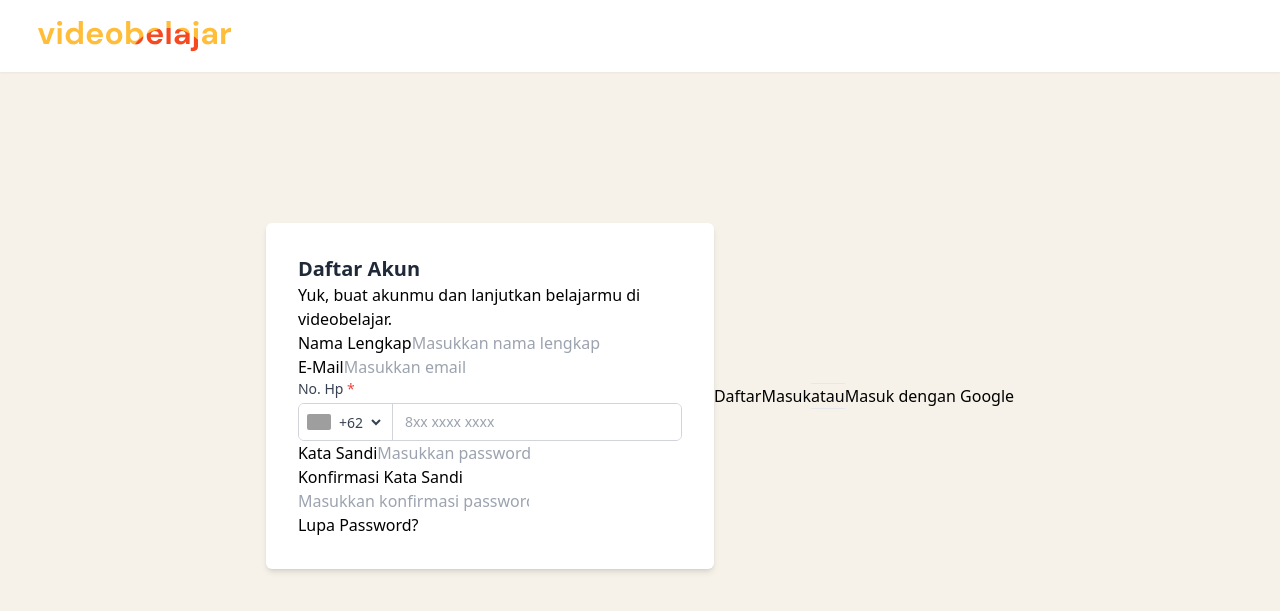
Repository: dimascahyanugraha/Course-Mission-4
Page: /signup
These files come from the project's save history. The page is drawn as it stood at one moment and after a run of saves; the edit follows.
The browser window is 1280 px wide. The pictures show the whole page.
Pictures or frames that could not be fetched are drawn as grey boxes. The project was rebuilt for these pictures with package versions that can differ from the ones it lists, and the page was loaded fresh each time. Also part of the build but not shown: vite.config.js, src/components/LoginPage.jsx.

Above is the page before, as saved 2026-05-29 10:49:52.

### index.html
<!doctype html>
<html lang="en">
  <head>
    <meta charset="UTF-8" />
    <link rel="icon" type="image/svg+xml" href="/favicon.svg" />
    <meta name="viewport" content="width=device-width, initial-scale=1.0" />
    <title>video-belajar</title>
  </head>
  <body>
    <div id="root"></div>
    <script type="module" src="/src/main.jsx"></script>
  </body>
</html>

### src/index.css
@tailwind base;
@tailwind components;
@tailwind utilities;

/* optional reset */
body {
  font-family: system-ui, sans-serif;
}

### src/App.jsx
import { BrowserRouter, Routes, Route, Navigate } from "react-router-dom"; // ← tambah Navigate
import LoginPage from "./components/LoginPage";
import Signup from "./components/Signup";

export default function App() {
  return (
    <BrowserRouter>
      <Routes>
        <Route path="/" element={<Navigate to="/login" />} />{" "}
        {/* ← tambah ini */}
        <Route path="/login" element={<LoginPage />} />
        <Route path="/signup" element={<Signup />} />
      </Routes>
    </BrowserRouter>
  );
}

### src/components/Signup.jsx
import logoVideoBelajar from "../assets/logo_video_belajar.png";
import indonesia from "../assets/indonesia.png";

export default function Signup() {
  return (
    <div className="min-h-screen bg-[#f6f2e9] flex flex-col">
      <header className="bg-white py-2 px-4 shadow-sm">
        <img src={logoVideoBelajar} alt="logo" />
      </header>

      <main className="flex flex-auto justify-center items-center px-4">
        <div className="bg-white w-full max-w-md rounded-md shadow-md p-8">
          <h2 className="text-xl font-bold text-gray-800">Daftar Akun</h2>
          <p>Yuk, buat akunmu dan lanjutkan belajarmu di videobelajar.</p>
          <form>
            <div>
              <label>Nama Lengkap</label>
              <input type="text" placeholder="Masukkan nama lengkap" />
            </div>
            <div>
              <label>E-Mail</label>
              <input type="email" placeholder="Masukkan email" />
            </div>
            {/* NO. HP */}
            <div>
              <label className="block text-sm font-medium text-gray-700">
                No. Hp <span className="text-red-500">*</span>
              </label>
              <div className="mt-1 flex rounded-md border border-gray-300 overflow-hidden focus-within:ring-2 focus-within:ring-green-500">
                <div className="flex items-center gap-1 px-2 bg-white border-r border-gray-300">
                  <img
                    src={indonesia}
                    alt="flag ID"
                    className="w-6 h-4 rounded-sm object-cover"
                  />
                  <select className="text-sm text-gray-700 focus:outline-none bg-transparent cursor-pointer pr-1">
                    <option value="+62">+62</option>
                    <option value="+18">+18</option>
                  </select>
                </div>
                <input
                  type="tel"
                  placeholder="8xx xxxx xxxx"
                  className="flex-1 px-3 py-2 text-sm text-gray-700 focus:outline-none"
                />
              </div>
            </div>{" "}
            {/* ← div No.Hp ditutup di sini */}
            <div>
              <label>Kata Sandi</label>
              <input type="password" placeholder="Masukkan password" />
            </div>
            <div>
              <label>Konfirmasi Kata Sandi</label>
              <input
                type="password"
                placeholder="Masukkan konfirmasi password"
              />
            </div>
            <div>
              <a href="#">Lupa Password?</a>
            </div>
          </form>{" "}
          {/* ← form ditutup setelah semua input */}
        </div>
        <button>Daftar</button>
        <button>Masuk</button>
        <div>
          <hr className="flex-1 border-gray-200" />
          atau
          <hr className="flex-1 border-gray-200" />
        </div>
        {/* GOOGLE SIGN IN */}
        <button>Masuk dengan Google</button>
      </main>
    </div>
  );
}

### tailwind.config.js
/** @type {import('tailwindcss').Config} */
export default {
  content: ["./indexedDB.html", "./src/**/*.{js,ts,jsx,tsx}"],
  theme: {
    extend: {},
  },
  plugins: [],
};

Loaded but not shown: src/main.jsx (common file)

After the next 2 saves:
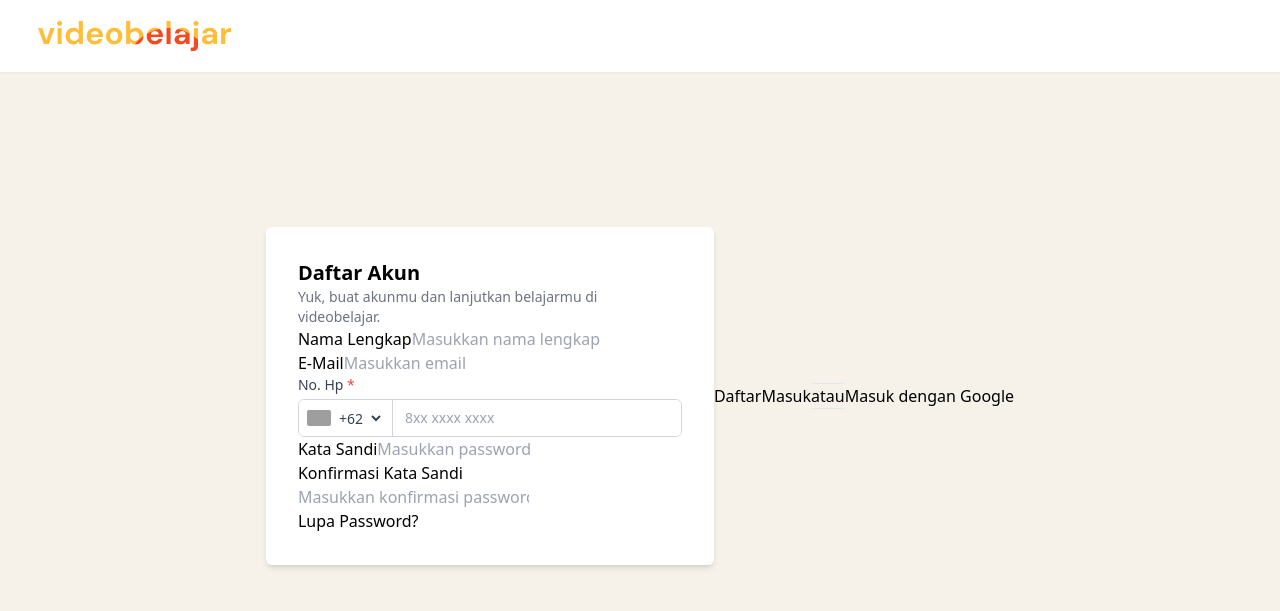
The 2 saves are shown as one change because they came seconds apart.
The last was saved 7 s later.
--- a/src/components/Signup.jsx
+++ b/src/components/Signup.jsx
@@ -10,8 +10,10 @@ export default function Signup() {
 
       <main className="flex flex-auto justify-center items-center px-4">
         <div className="bg-white w-full max-w-md rounded-md shadow-md p-8">
-          <h2 className="text-xl font-bold text-gray-800">Daftar Akun</h2>
-          <p>Yuk, buat akunmu dan lanjutkan belajarmu di videobelajar.</p>
+          <h2 className="text-xl font-bold text-gray-800s">Daftar Akun</h2>
+          <p className="text-gray-500 text-sm">
+            Yuk, buat akunmu dan lanjutkan belajarmu di videobelajar.
+          </p>
           <form>
             <div>
               <label>Nama Lengkap</label>
